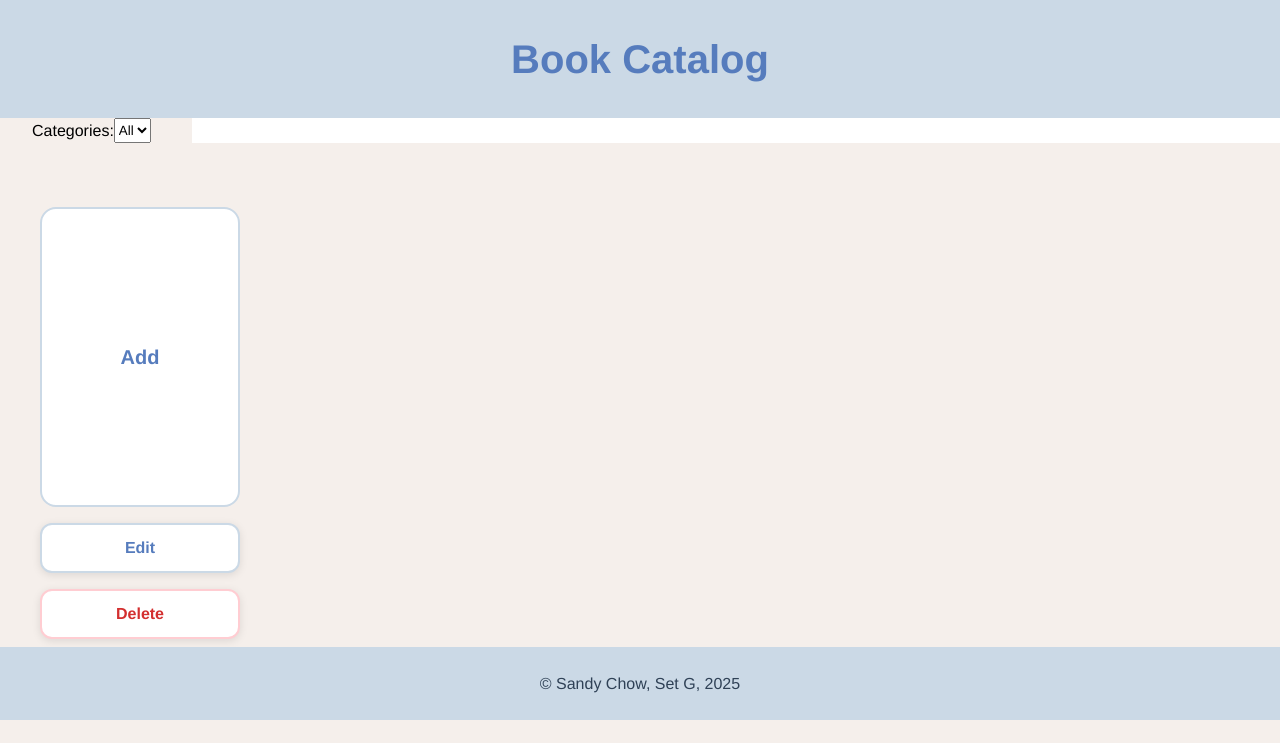
Repository: Bcit-sandy/COMP3170_Lab7
Page: /
These files come from the project's save history. The page is drawn as it stood at one moment and after the next save; the edit follows.
The browser window is 1280 px wide. The pictures show the whole page.
The project was rebuilt for these pictures with package versions that can differ from the ones it lists, and the page was loaded fresh each time. Also part of the build but not shown: vite.config.js, src/components/Info.jsx, src/components/Book.jsx.

Above is the page before, as saved 2025-10-25 23:43:14.

After the next save:
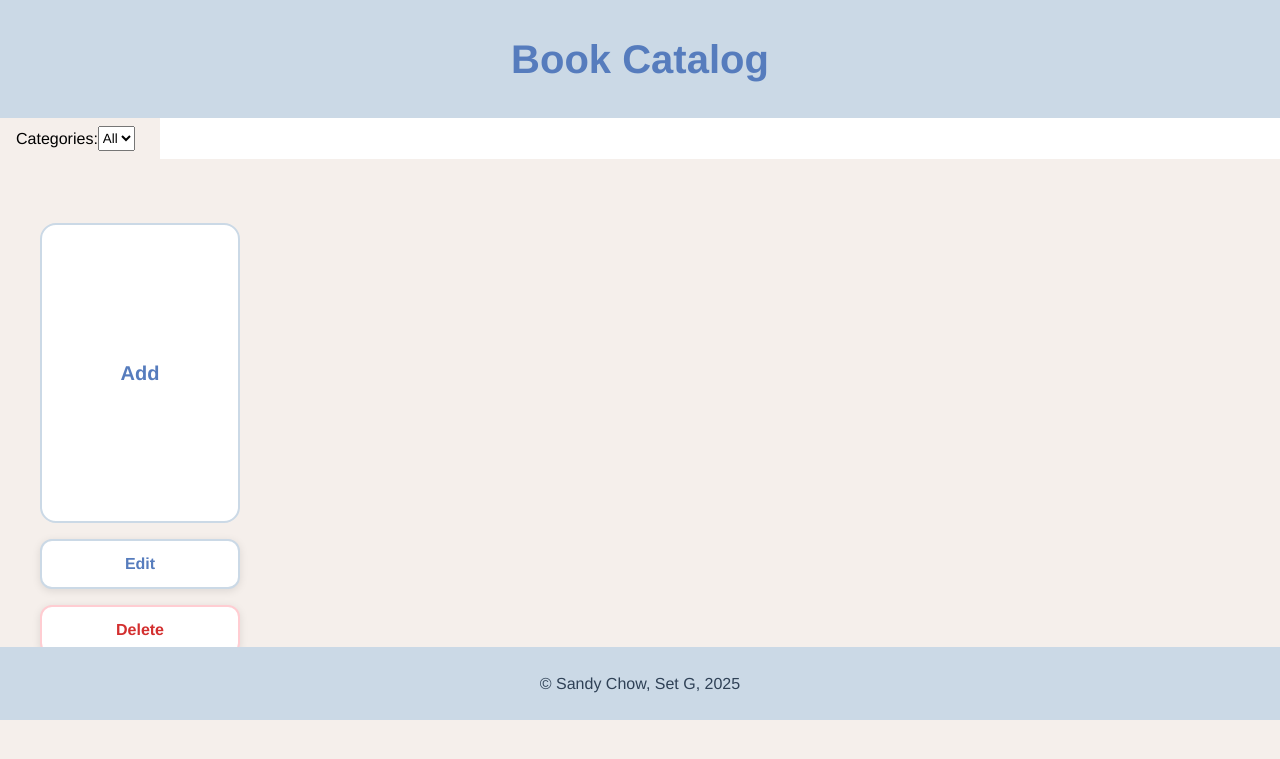
Saved 6 s later.
--- a/src/components/Filter/Filter.css
+++ b/src/components/Filter/Filter.css
@@ -3,7 +3,7 @@
     flex-direction: row;
     align-items: left;
     justify-content: left;
-    padding: 0 2rem;
+    padding: 0.5rem 1rem;
     background-color: var(--beige-color);
     width: 10%;
 }

After the save that followed:
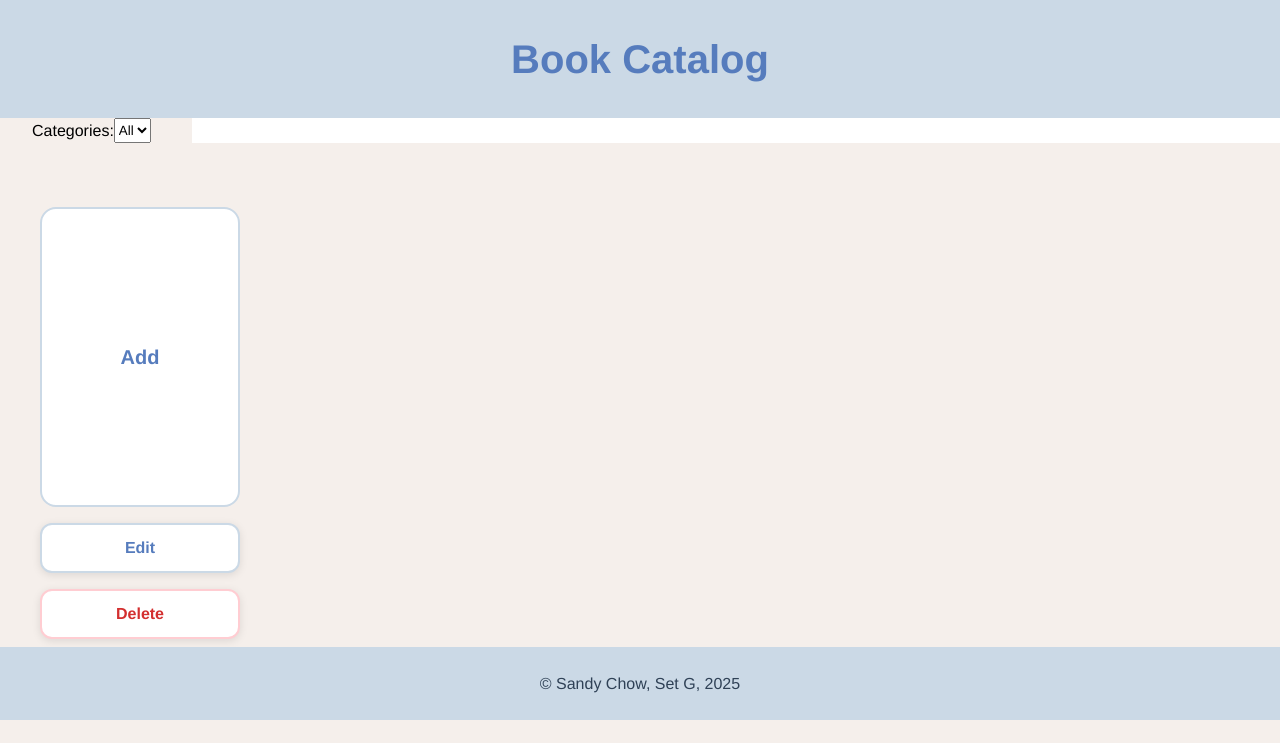
Saved 4 s later.
--- a/src/components/Filter/Filter.css
+++ b/src/components/Filter/Filter.css
@@ -3,7 +3,7 @@
     flex-direction: row;
     align-items: left;
     justify-content: left;
-    padding: 0.5rem 1rem;
+    padding: 0 2rem;
     background-color: var(--beige-color);
     width: 10%;
 }
